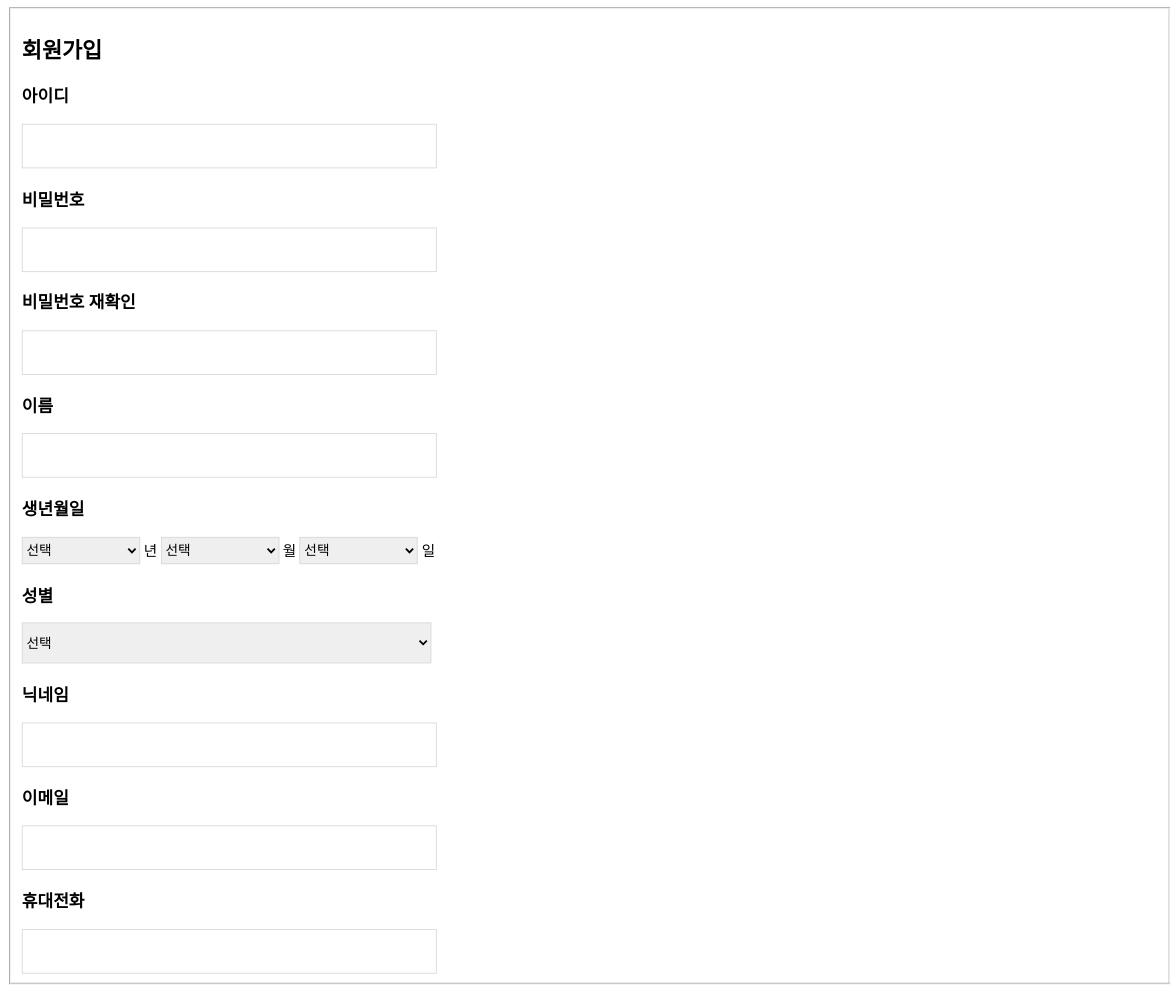
Repository: agheha/trillion
Page: YH/login/login.html
The author's editor kept a copy of each file at every save. The page is drawn from the files as they stood at one save, then again after the next save.
The browser window is 1280 px wide. The page is 1288 px wide, so the pictures cover 1288 px, including what lies to the right of the window. The pictures show the whole page, at 91% of full size.

Above is the page before, as saved 2019-09-03 18:24:06.

After the next save:
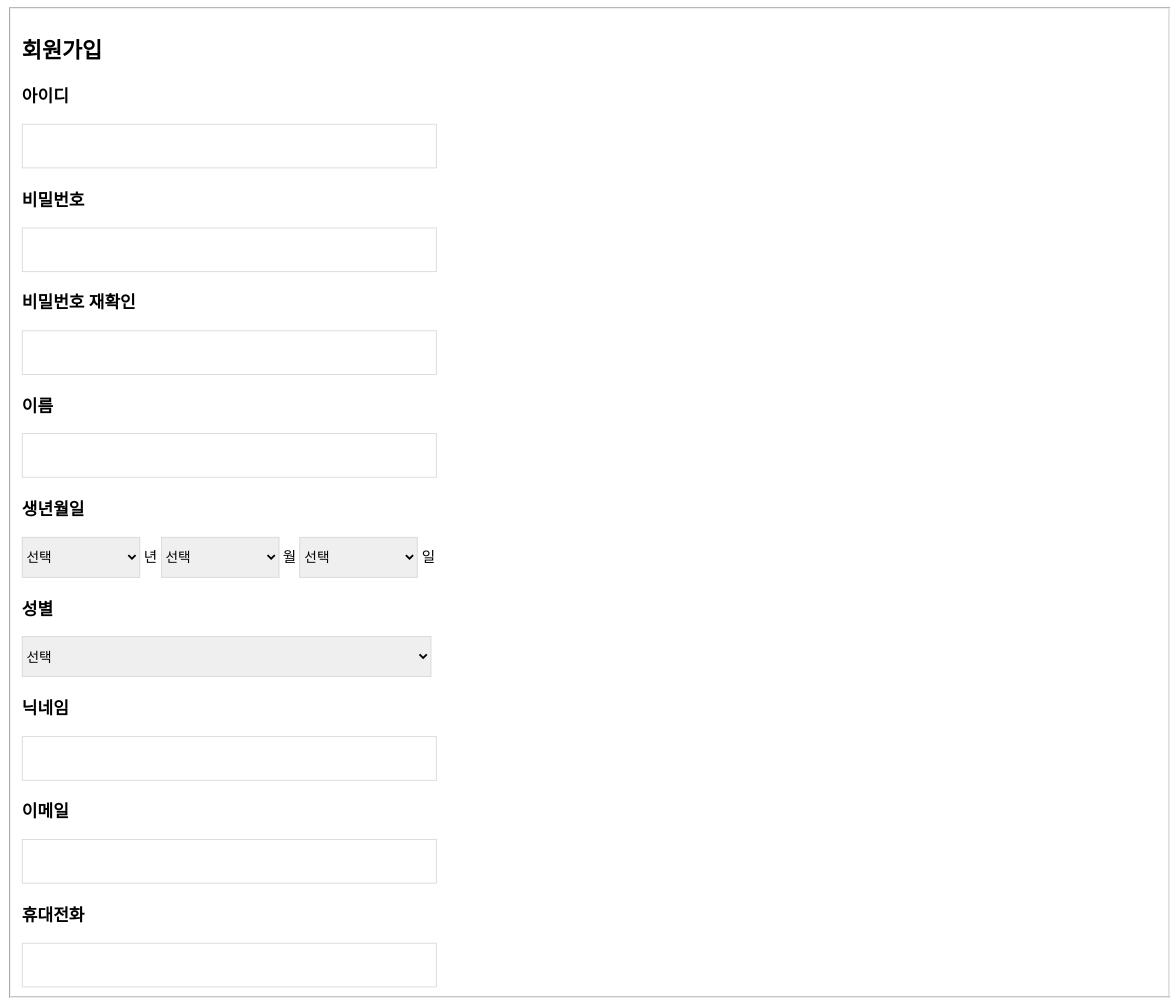
Saved 6 s later.
--- a/YH/login/login.css
+++ b/YH/login/login.css
@@ -18,7 +18,7 @@ input{
 }
 #birth_year,#birth_month,#birth_date {
     width: 130px;
-    height: 30px;
+    height: 45px;
     border: 1px solid #dadada;
     font-size: 15px;
 }
